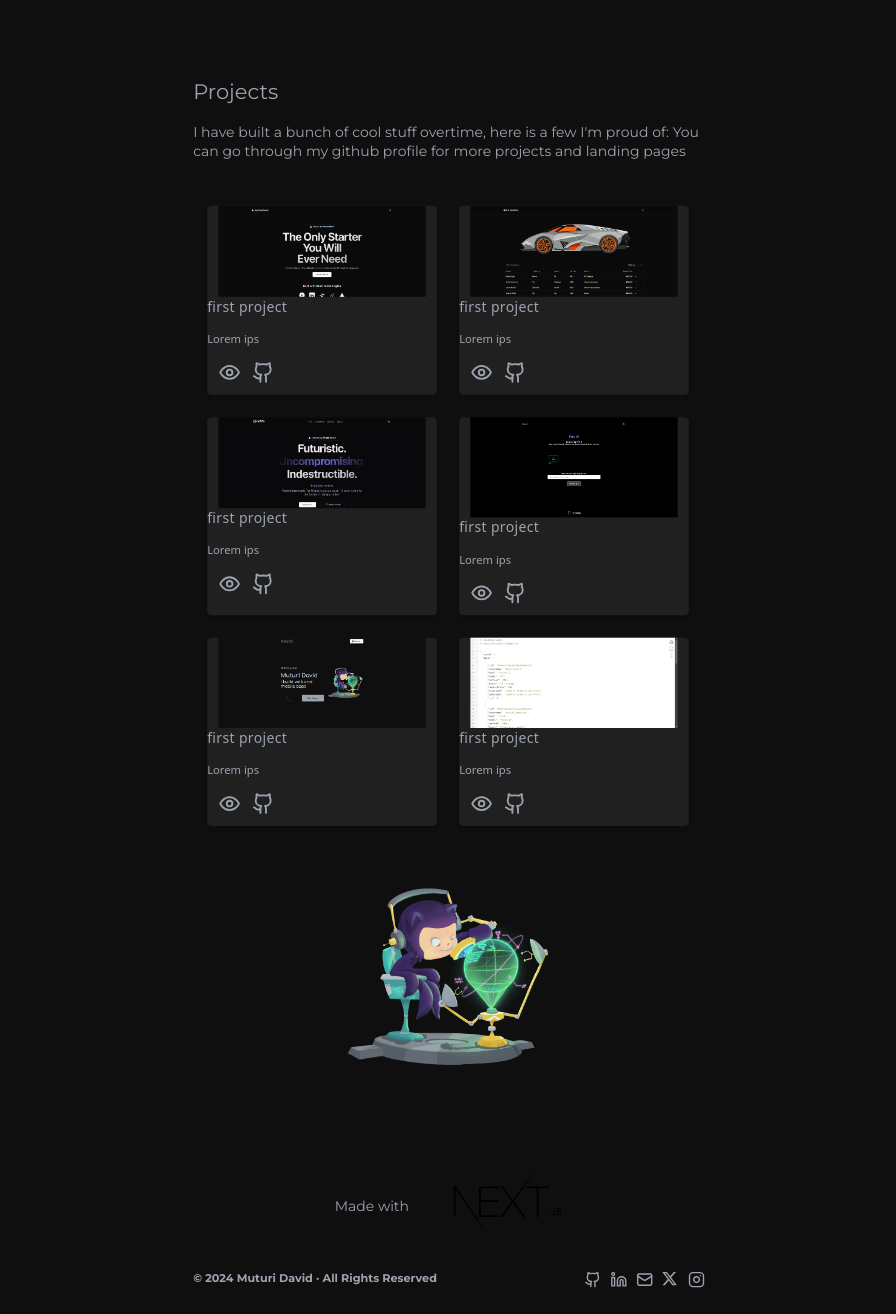
Repository: tushcmd/tushdev-portfolio
Page: /
The author's editor kept a copy of each file at every save. The page is drawn from the files as they stood at one save, then again after the next save.
The browser window is 1280 px wide. The pictures show the part of the page from y = 2070 to 3990 px (the page is 3947 px tall before and 3990 px after), at 70% of full size.
The project was rebuilt for these pictures with package versions that can differ from the ones it lists, and the page was loaded fresh each time. The framework's server and built-in components were replaced by stand-ins that run in the browser. Also part of the build but not shown: next.config.js.

Above is the page before, as saved 2024-05-26 06:45:11.

### app/layout.tsx
import type { Metadata } from 'next'
import { Inter } from 'next/font/google'
import './globals.css'


const inter = Inter({ subsets: ['latin'] })

export const metadata: Metadata = {
  metadataBase: new URL('https://tushdev.co/'),
  alternates: {
    canonical: 'https://tushdev.co/',
    languages: {
      'en-US': '/en-US',
      'de-DE': '/de-DE',
    },
  },
  title: 'Muturi | Web & Mobile developer',
  description: 'I am highly passionate about creating sleek and reliable software.',
  robots: 'index, follow',
  openGraph: {
    title: 'Muturi | Web & Mobile developer',
    description: 'Passionate web developer who loves creating sleek and reliable software.',
    url: 'https://tushdev.co/',
  }
}

export default function RootLayout({
  children,
}: {
  children: React.ReactNode
}) {
  return (
    <html lang="en">
      <body className={`{inter.className} bg-primary w-full overflo-y-visible overflow-x-hidden`} >{children}</body>
    </html>
  )
}

### app/page.tsx
import Navbar from './components/shared/nav';
import Hero from '@/app/components/hero';
import About from './components/about';
import Skills from '@/app/components/Skills/skills'

import GetInTouch from './components/getintouch';
import Footer from './components/shared/footer';
import Projects from './components/projects/projects';

export default function Page() {
  return (
    <main>
      <Navbar />
      <Hero />
      <About />
      <Skills />
      <GetInTouch />
      <Projects />
      <Footer />
    </main>
  );
}

### app/components/hero.tsx
import { comfortaa } from '@/app/fonts';
import { montserrat } from '@/app/fonts';
import hero from '@/constants/hero';
import Image from "next/image";

// Extracted styles
const textStyles = {
  montserrat: `${montserrat.className} text-white`,
  comfortaa: `${comfortaa.className} text-[#D1D5DB] font-bold`,
};

const heroTextClasses = {
  heading: `${textStyles.montserrat} text-2xl py-6`,
  name: `${textStyles.comfortaa} text-5xl md:text-5xl pb-3`,
  paragraph: `${textStyles.montserrat} text-4xl md:text-4xl`,
};

const containerClasses = 'max-w-3xl mx-auto px-5 md:px-5';

export default function Hero() {
  return (
    <div className={containerClasses}>
      <section className='relative flex flex-col-reverse md:flex-row justify-center items-center h-screen md:py-16 py-6 overflow-auto'>
        <div>
          <div className='flex flex-col items-start justify-between py-6 w-full'>
            <p className={heroTextClasses.heading}>Hi there, I&apos;m</p>
            <h6 className={heroTextClasses.name}>{hero.name}</h6>
            <p className={heroTextClasses.paragraph}>{hero.paragraph}</p>
          </div>
          <div className='flex flex-row pt-3 md:py-5 py-10 w-full justify-center space-x-12 md:space-x-20'>
            <svg
              xmlns='http://www.w3.org/2000/svg'
              width='60'
              height='60'
              viewBox='0 0 24 24'
              fill='none'
              stroke='#142c3e'
              strokeWidth='2'
              strokeLinecap='round'
              strokeLinejoin='round'
              className='lucide lucide-terminal'
            >
              <polyline points='4 17 10 11 4 5' />
              <line x1='12' x2='20' y1='19' y2='19' />
            </svg>
            <div className='flex items-center gap-2'>
              <a
                href='https://drive.google.com/file/d/1Fc9oeqVXjbyWMcWTrOqMmTOxY1JUjsOX/view?usp=sharing'
                target='_blank'
                rel='_noreferrer'
                className='flex items-center gap-1 md:hover:bg-slate-200 rounded-md px-12 bg-gray-400 text-black font-medium py-[1.08rem]'
              >
                View Resume
              </a>
            </div>
          </div>
        </div>
        <div>
          <Image src="/dark-thin.png" alt="tush coding" width={300} height={300} />
        </div>
      </section>
    </div>
  );
}

{/*

import { comfortaa } from '@/app/fonts';
import { montserrat } from '@/app/fonts';
import hero from '@/constants/hero';
import Image from "next/image";

export default async function Hero() {
  return (
    <section className='relative flex flex-col-reverse md:flex-row justify-center items-center h-screen md:py-16 py-6 overflow-auto'>
      <div>
        <div className='flex items-start flex-col max-w-3xl py-6 w-full md:px-5 px-5 justify-between'>
          <p className={`${montserrat.className} text-3xl text-white py-6`}>
            Hi there, I&apos;m
          </p>
          <h6
            className={`${comfortaa.className} text-5xl md:text-8xl text-[#D1D5DB] text-bold pb-3`}
          >
            {hero.name}
          </h6>
          <p
            className={`${montserrat.className} text-4xl md:text-6xl text-white`}
          >
            {hero.paragraph}
          </p>
        </div>
        <div className='flex flex-row md:max-w-3xl pt-3 md:py-5 py-10 w-full md:px-5 px-5 justify-center space-x-12 md:space-x-20'>
          <svg
            xmlns='http://www.w3.org/2000/svg'
            width='60'
            height='60'
            viewBox='0 0 24 24'
            fill='none'
            stroke='#142c3e'
            stroke-width='2'
            stroke-linecap='round'
            stroke-linejoin='round'
            className='lucide lucide-terminal'
          >
            <polyline points='4 17 10 11 4 5' />
            <line x1='12' x2='20' y1='19' y2='19' />
          </svg>
          <div className='flex items-center gap-2'>
            <a
              href='https://drive.google.com/file/d/1Fc9oeqVXjbyWMcWTrOqMmTOxY1JUjsOX/view?usp=sharing'
              target='_blank'
              rel='_noreferrer'
              className='flex items-center gap-1 md:hover:bg-slate-200 rounded-md px-12 bg-gray-400 text-black font-medium py-[1.08rem]'
            >
              View Resume
            </a>
          </div>
        </div>
      </div>
      <div>
        <Image
          src="/dark-thin.png"
          alt="tush coding"
          width={300}
          height={300}
        />
      </div>
    </section>
  );
}

*/}

### app/components/about.tsx
import { montserrat } from '@/app/fonts';
import about from '@/constants/about';

// Extracted styles
const textStyles = {
  montserrat: `${montserrat.className} text-gray-400`,
};

const textClasses = {
  heading: `${textStyles.montserrat} text-2xl md:text-3xl pb-6`,
  paragraph: `${textStyles.montserrat} text-base md:text-xl`,
  info: `${textStyles.montserrat} text-base md:text-xl py-6 items-center`,
};

const containerClasses = 'max-w-3xl mx-auto px-5 md:px-5';

export default function About() {
  return (
    <section className='relative flex flex-col justify-center items-center'>
      <div className={`flex flex-col items-start justify-between pb-10 w-full ${containerClasses}`}>
        <h2 className={textClasses.heading}>About Me</h2>
        <p className={textClasses.paragraph}>
          I&apos;m {about.paragraph} <br /> {about.paragraph2}
        </p>
        <i className={textClasses.info}>
          ⓘ this dev has a goal to create software used by millions
        </i>
        <div className='flex flex-row pt-3 md:py-5 py-10 w-full justify-center space-x-12 md:space-x-20'>
          <svg
            xmlns='http://www.w3.org/2000/svg'
            width='60'
            height='60'
            viewBox='0 0 24 24'
            fill='none'
            stroke='#142c3e'
            strokeWidth='2'
            strokeLinecap='round'
            strokeLinejoin='round'
            className='lucide lucide-plug'
          >
            <path d='M12 22v-5' />
            <path d='M9 8V2' />
            <path d='M15 8V2' />
            <path d='M18 8v5a4 4 0 0 1-4 4h-4a4 4 0 0 1-4-4V8Z' />
          </svg>
          <div className='flex items-center gap-2'>
            <a
              href='mailto:muturidavid854@gmail.com'
              target='_blank'
              rel='_noreferrer'
              className='flex items-center gap-1 md:hover:bg-slate-200 text-xm md:text-base rounded-md px-12 bg-gray-400 text-black font-medium py-[1.08rem]'
            >
              Mail
            </a>
          </div>
        </div>
      </div>
    </section>
  );
}

{/*

import { montserrat } from '@/app/fonts'
import about from '@/constants/about';

export default async function About() {
  return (
    <section className='relative flex flex-col justify-center items-center'>
      <div className='flex items-start flex-col md:max-w-3xl pb-10 w-full md:px-5 px-5 justify-between'>
        <h2
          className={`${montserrat.className} text-gray-400 text-2xl md:text-3xl pb-6`}
        >
          About Me
        </h2>
        <p className={`${montserrat.className} text-gray-400 text-base md:text-xl`}>
          I&apos;m {about.paragraph} <br />
          {about.paragraph2}
        </p>
        <i className={`${montserrat.className} text-gray-400 text-base md:text-xl py-6 items-center}`}>ⓘ this dev is subscribed to fireship on YouTube </i>
        <div className='flex flex-row md:max-w-3xl pt-3 md:py-5 py-10 w-full md:px-5 px-5 justify-center space-x-12 md:space-x-20'>
          <svg
            xmlns='http://www.w3.org/2000/svg'
            width='60'
            height='60'
            viewBox='0 0 24 24'
            fill='none'
            stroke='#142c3e'
            stroke-width='2'
            stroke-linecap='round'
            stroke-linejoin='round'
            className='lucide lucide-plug'
          >
            <path d='M12 22v-5' />
            <path d='M9 8V2' />
            <path d='M15 8V2' />
            <path d='M18 8v5a4 4 0 0 1-4 4h-4a4 4 0 0 1-4-4V8Z' />
          </svg>
          <div className='flex items-center gap-2'>
            <a
              href='mailto:muturidavid854@gmail.com'
              target='_blank'
              rel='_noreferrer'
              className='flex items-center gap-1 md:hover:bg-slate-200 text-xm md:text-base rounded-md px-12 bg-gray-400 text-black font-medium py-[1.08rem]'
            >
              Mail
            </a>
          </div>
        </div>
      </div>
    </section>
  );
}
*/}

### app/components/Skills/skills.tsx
import { montserrat } from '../../fonts';
import { skills } from './SkillsList.js';

// Extracted styles
const textStyles = {
  montserrat: `${montserrat.className} text-gray-400`,
};

const textClasses = {
  heading: `${textStyles.montserrat} text-2xl md:text-3xl pb-6`,
  paragraph: `${textStyles.montserrat} text-base md:text-xl`,
};

const containerClasses = 'max-w-3xl mx-auto px-5 md:px-5';

export default async function Skills() {
  return (
    <section className='relative flex flex-col justify-center items-center pt-3 md:py-6'>
      <div className={`flex flex-col items-start justify-between py-10 w-full ${containerClasses}`}>
        <h2 className={textClasses.heading}>Skills &#x26; tools</h2>
        <p className={textClasses.paragraph}>
          Here are a few technologies I&apos;ve been working with recently:
        </p>
        <div className='px-5 mb-5 w-full'>
          <ul className='grid grid-cols-2 gap-1 mt-5 md:grid-cols-4'>
            {skills.map((skill) => {
              const { title, icon } = skill;
              return (
                <li
                  key={skill.id}
                  className='flex flex-col items-center gap-2 p-5 font-semibold rounded-md text-gray-400 bg-[#202020] opacity-1 transform scale-100 translate-x-0 translate-y-0'
                >
                  {icon}
                  {title}
                </li>
              );
            })}
          </ul>
        </div>
        <div className='justify-center flex w-full py-10'>
          <svg
            xmlns='http://www.w3.org/2000/svg'
            width='72'
            height='72'
            viewBox='0 0 24 24'
            fill='none'
            stroke='#142c3e'
            strokeWidth='1'
            strokeLinecap='round'
            strokeLinejoin='round'
            className='lucide lucide-chevrons-down'
          >
            <path d='m7 6 5 5 5-5' />
            <path d='m7 13 5 5 5-5' />
          </svg>
        </div>
      </div>
    </section>
  );
}

{/*


  import { montserrat } from '../../fonts';
import { skills } from './SkillsList.js';

export default async function Skills() {
  return (
    <section className='relative flex flex-col justify-center items-center pt-3 md:py-6'>
      <div className='flex items-start flex-col md:max-w-3xl py-10 w-full md:px-5 px-5 justify-between'>
        <h2
          className={`${montserrat.className} text-gray-400 text-2xl md:text-3xl pb-6`}
        >
          Skills &#x26; tools
        </h2>
        <p
          className={`${montserrat.className} text-gray-400 text-base md:text-xl`}
        >
          Here are a few technologies I&apos;ve been working with recently:
        </p>
        <div className='px-5 mb-5 w-full'>
          <ul className='grid grid-cols-2 gap-1 mt-5 md:grid-cols-4'>
            {skills.map((skill) => {
              const { title, icon } = skill;
              return (
                <li
                  key={skill.id}
                  className='flex flex-col items-center gap-2 p-5 font-semibold rounded-md text-gray-400 bg-[#202020] opacity-1 transform scale-100 translate-x-0 translate-y-0'
                >
                  {icon}
                  {title}
                </li>
              );
            })}
          </ul>
        </div>
        <div className='justify-center flex w-full py-10'>
          <svg
            xmlns='http://www.w3.org/2000/svg'
            width='72'
            height='72'
            viewBox='0 0 24 24'
            fill='none'
            stroke='#142c3e'
            stroke-width='1'
            stroke-linecap='round'
            stroke-linejoin='round'
            className='lucide lucide-chevrons-down'
          >
            <path d='m7 6 5 5 5-5' />
            <path d='m7 13 5 5 5-5' />
          </svg>
        </div>
      </div>
    </section>
  );
}

*/}

### app/components/projects/projects.tsx
import Image from "next/image";
import { montserrat } from '../../fonts';
import ProjectsCard from "./projects-card";
import { projects } from '../../../constants/projects';

// Extracted styles
const textStyles = {
  montserrat: `${montserrat.className} text-gray-400`,
};

const textClasses = {
  heading: `${textStyles.montserrat} text-2xl md:text-3xl pb-6`,
  paragraph: `${textStyles.montserrat} text-base md:text-xl`,
};

const containerClasses = 'max-w-3xl mx-auto px-5 md:px-5';

export default function Projects() {
  return (
    <section className='relative flex flex-col justify-center items-center py-20'>
      <div className={containerClasses}>
        <h2 className={textClasses.heading}>Projects</h2>
        <p className={textClasses.paragraph}>
          I have built a bunch of cool stuff overtime, here is a few I&apos;m proud of: You can go through my github profile for more projects and landing pages
        </p>
        <div className='px-5 mb-5 w-full'>
          <div className='py-16 md:grid md:grid-cols-2 flex flex-col gap-8'>
            {projects.map((project) => (
              <ProjectsCard key={project.id} {...project} />
            ))}
          </div>
        </div>
      </div>
      <Image src="/dark-thin.png" alt="tush coding" width={300} height={300} />
    </section>
  );
}

{/*

    import Image from "next/image";
import { montserrat } from '../../fonts';
import ProjectsCard from "./projects-card";
import { projects } from '../../../constants/projects'


const textStyles = {
    montserrat: `${montserrat.className} text-gray-400`,
};

const textClasses = {
    heading: `${textStyles.montserrat} text-2xl md:text-3xl pb-6`,
    paragraph: `${textStyles.montserrat} text-base md:text-xl`,
};

export default function Projects() {
    return (
        <section className='relative flex flex-col justify-center items-center py-20'>
            <h2 className={textClasses.heading}>Projects</h2>
            <p className={textClasses.paragraph}>
                I have built a bunch of cool stuff overtime, here is a few I&apos;m proud of:
                You can go through my github profile for more projects and landing pages
            </p>
            <div className='px-5 mb-5 w-full'>
                <div className='py-16 grid lg:grid-cols-2 xl:grid-cols-3 gap-8'>
                    {projects.map((project) => {
                        return <ProjectsCard key={project.id} {...project} />;
                    })}
                </div>
            </div>
            <Image
                src="/dark-thin.png"
                alt="tush coding"
                width={300}
                height={300}
            />

        </section>
    );
}

*/}

### app/fonts.ts
import { Inter, Comfortaa, Open_Sans, Montserrat } from 'next/font/google';

export const inter = Inter({ subsets: ['latin'] });

export const comfortaa = Comfortaa({
  weight: ['400', '700'],
  subsets: ['latin'],
});

export const opensans = Open_Sans({
    weight: ['300', '400', '500', '600', '700', '800'],
    subsets: ['latin']
});

export const montserrat = Montserrat({
  weight: ['300', '400', '500', '600', '700', '800'],
  subsets: ['latin'],
});

### constants/hero.ts
interface Hero {
    greet: string;
    name: string;
    paragraph: string;
}

const hero: Hero = {
    greet: 'Hi there, I am',
    name: 'Muturi David',
    paragraph: `I build web and mobile
    apps`,
};

export default hero;

### constants/about.ts
interface About {
  paragraph: string;
  paragraph2: string;
}

const about: About = {
  paragraph: ' highly passionate about creating sleek and reliable software.',
  paragraph2:
    'I aim at perfecting in building scalable products with high perfomance experiences. I enjoy creating beautiful websites and apps with modern UI/UX.',
};

export default about;

### app/components/projects/projects-card.tsx
import { Github, Eye } from 'lucide-react'
import Image from 'next/image'
import Projects from '../../../constants/projects';

export default function ProjectsCard({ url, img, github, title, text }: Projects) {
    return (
        <article className="rounded-md text-gray-400 bg-[#202020] shadow-md hover:shadow-xl duration-300">

            <div className='px-4 rounded-lg'>
                <Image
                    src={img}
                    alt={title}
                    width={350}
                    height={153}
                />
            </div>
            <h2 className='text-xl tracking-wide font-medium'>{title}</h2>
            <p className='mt-4 leading-loose'>{text}</p>
            <div className='mt-4 flex gap-x-4 pb-4 pl-4'>
                <a href={url}>
                    <Eye className='h-8 w-8 text-gray-400 hover:text-black duration-300' />
                </a>
                <a href={github}>
                    <Github className='h-8 w-8 text-gray-400 hover:text-black duration-300' />
                </a>
            </div>
        </article>
    )
}

### constants/projects.ts
import Projects from "@/app/components/projects/projects";
import { nanoid } from "nanoid";

interface Projects {
  id: string;
  url: string;
  github: string;
  img: string;
  title: string;
  text: string;
}

export const projects = [
  {
    id: nanoid(),
    img: '/next-dev-starter.png',
    url: 'https://react-projects.netlify.app/',
    github: 'https://github.com/john-smilga',
    title: 'first project',
    text: 'Lorem ips'
  },
  {
    id: nanoid(),
    img: '/car-inventory.png',
    url: 'https://react-projects.netlify.app/',
    github: 'https://github.com/john-smilga',
    title: 'first project',
    text: 'Lorem ips'
  },
  {
    id: nanoid(),
    img: '/raZZo.png',
    url: 'https://react-projects.netlify.app/',
    github: 'https://github.com/john-smilga',
    title: 'first project',
    text: 'Lorem ips'
  },
  {
    id: nanoid(),
    img: '/puns-dark.png',
    url: 'https://react-projects.netlify.app/',
    github: 'https://github.com/john-smilga',
    title: 'first project',
    text: 'Lorem ips'
  },
  {
    id: nanoid(),
    img: '/tushdev.png',
    url: 'https://react-projects.netlify.app/',
    github: 'https://github.com/john-smilga',
    title: 'first project',
    text: 'Lorem ips'
  },
  {
    id: nanoid(),
    img: '/localhost8080.png',
    url: 'https://react-projects.netlify.app/',
    github: 'https://github.com/john-smilga',
    title: 'first project',
    text: 'Lorem ips'
  },
]

export default Projects;

### tailwind.config.ts
import type { Config } from 'tailwindcss'

const config: Config = {
  content: [
    './pages/**/*.{js,ts,jsx,tsx,mdx}',
    './components/**/*.{js,ts,jsx,tsx,mdx}',
    './app/**/*.{js,ts,jsx,tsx,mdx}',
  ],
  theme: {
    extend: {
      colors: {
        primary: "#0F0F0F",
        heading: "#FFFFFF",
        dimGray: "D1D5DB",
        iconBg: '#9CA3AF',
        iconText: '202020',
      },
      screens: {
        sm: '480px',
        md: '768px',
        lg: '976px',
        xl: '1440px',
      },
    },
  },
  plugins: [],
}
export default config

Loaded but not shown: app/globals.css (common file); app/components/Skills/SkillsList.js (88 lines, source omitted); app/components/shared/footer.tsx (151 lines, source omitted); app/components/getintouch.tsx (150 lines, source omitted); app/components/shared/nav.tsx (133 lines, source omitted)

After the next save:
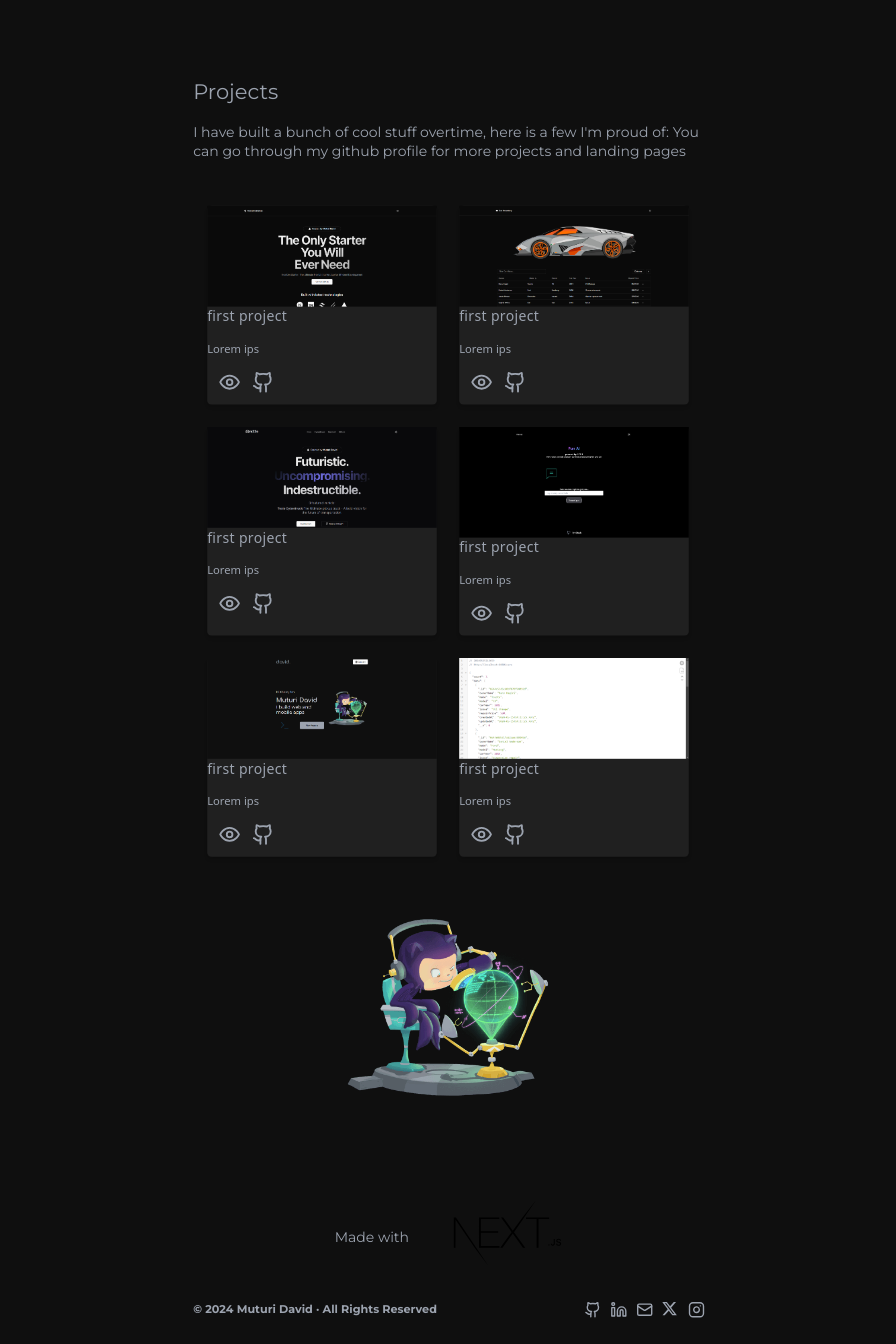
Saved 32 s later.
--- a/app/components/projects/projects-card.tsx
+++ b/app/components/projects/projects-card.tsx
@@ -6,14 +6,12 @@ export default function ProjectsCard({ url, img, github, title, text }: Projects
     return (
         <article className="rounded-md text-gray-400 bg-[#202020] shadow-md hover:shadow-xl duration-300">
 
-            <div className='px-4 rounded-lg'>
-                <Image
+            <Image
                     src={img}
                     alt={title}
                     width={350}
                     height={153}
                 />
-            </div>
             <h2 className='text-xl tracking-wide font-medium'>{title}</h2>
             <p className='mt-4 leading-loose'>{text}</p>
             <div className='mt-4 flex gap-x-4 pb-4 pl-4'>
